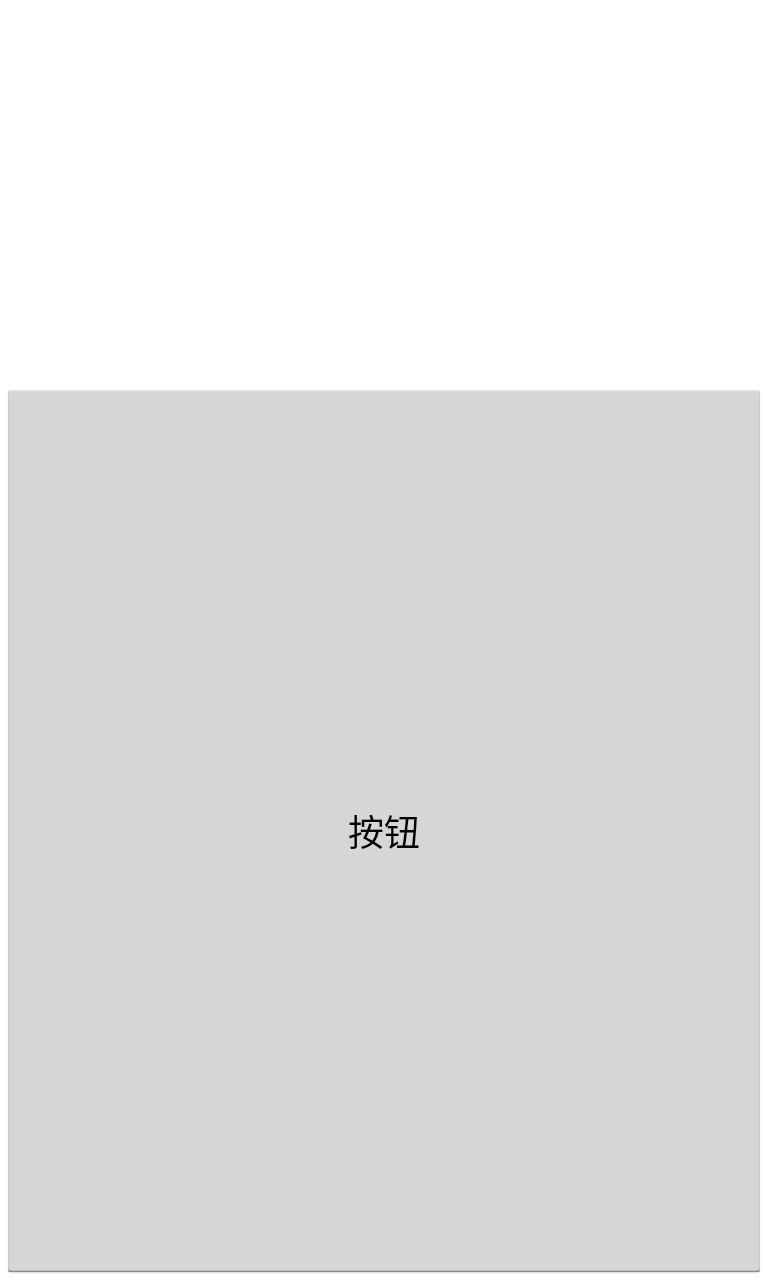
Repository: ling-cen/demo
Layout: Layout_1/res/layout/liner_layout_1.xml
These files come from the project's save history. The layout is drawn as it stood at one moment and after the next save; the edit follows.
It is drawn on a 768 x 1280 px phone screen (xhdpi) without system bars, with theme AppTheme; the app's code is not run.

Above is the layout before, as saved 2018-12-12 07:20:56.

### Layout_1/res/layout/liner_layout_1.xml
<?xml version="1.0" encoding="utf-8"?>
<LinearLayout xmlns:android="http://schemas.android.com/apk/res/android"
    android:layout_width="match_parent"
    android:layout_height="match_parent"
    android:orientation="vertical" >

    <TextView
        android:id="@+id/textView_1"
        android:layout_width="match_parent"
        android:layout_height="100dp"
        android:layout_margin="6dp" />

    <TextView
        android:id="@+id/textView_2"
        android:layout_width="match_parent"
        android:layout_height="0dp"
        android:background="#3dfff00"
        android:layout_margin="6dp"
        android:layout_weight="0.00"
        />

    <TextView
        android:id="@+id/textView_3"
        android:layout_width="match_parent"
        android:layout_height="67dp"
        android:layout_marginLeft="0dp" />

    <Button
        android:id="@+id/button_1"
        android:layout_width="match_parent"
        android:layout_height="match_parent"
        android:text="按钮" />

</LinearLayout>

Loaded but not shown: Layout_1/res/values/styles.xml (common file); Layout_1/res/values-v11/styles.xml (common file); Layout_1/res/values-v14/styles.xml (common file)

After the next save:
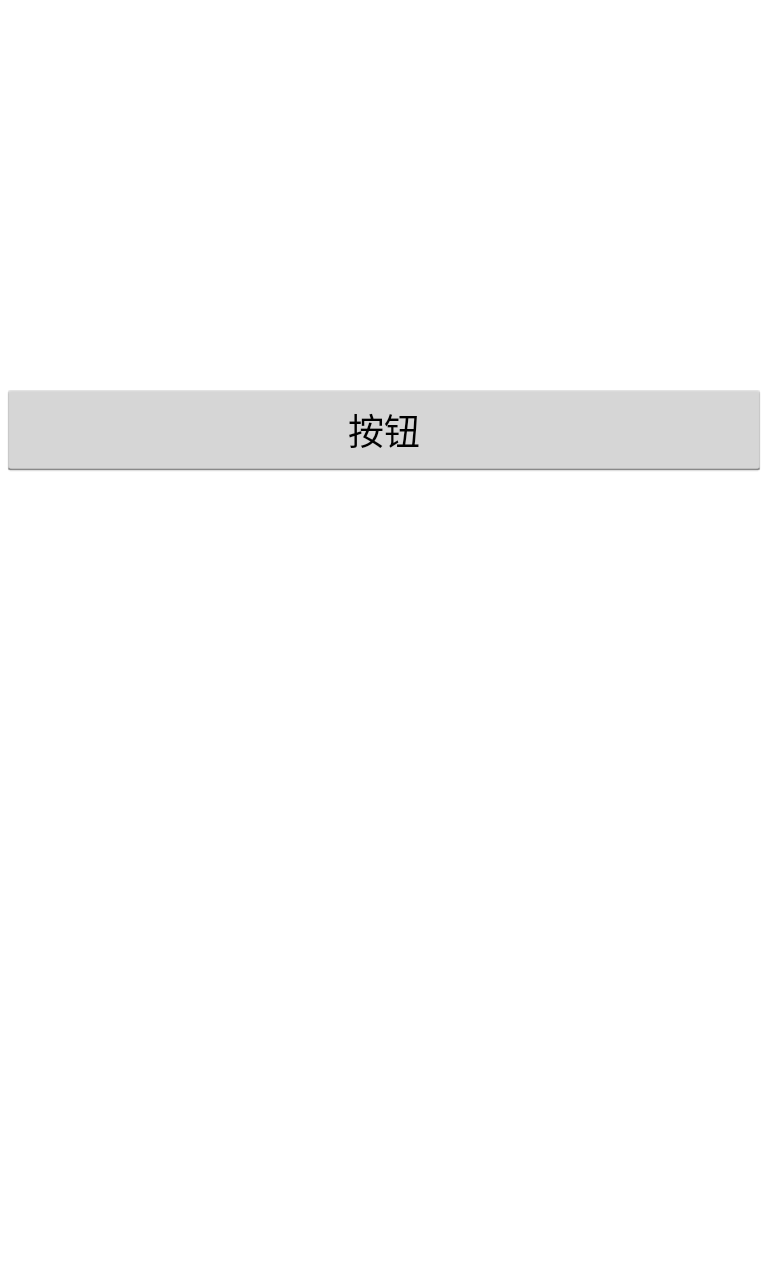
Saved 41 s later.
--- a/Layout_1/res/layout/liner_layout_1.xml
+++ b/Layout_1/res/layout/liner_layout_1.xml
@@ -16,7 +16,6 @@
         android:layout_height="0dp"
         android:background="#3dfff00"
         android:layout_margin="6dp"
-        android:layout_weight="0.00"
         />
 
     <TextView
@@ -28,7 +27,7 @@
     <Button
         android:id="@+id/button_1"
         android:layout_width="match_parent"
-        android:layout_height="match_parent"
+        android:layout_height="wrap_content"
         android:text="按钮" />
 
 </LinearLayout>
